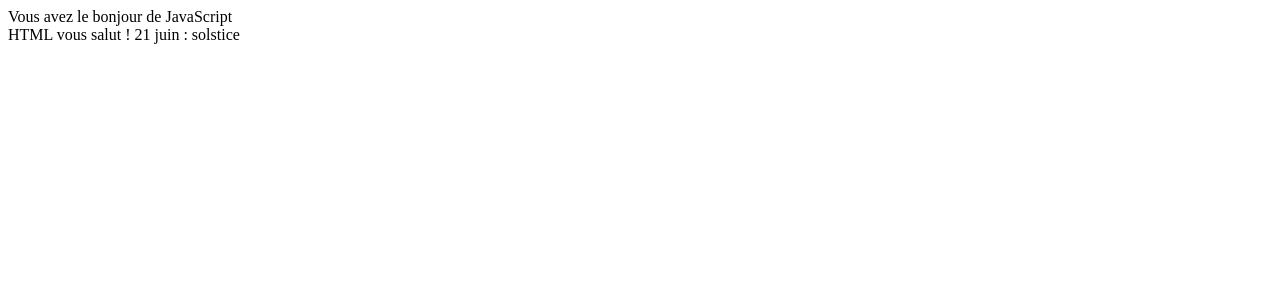
Repository: Youcode-team/C2N3_C3N3
Page: index2.html
An editor plug-in stored every save of this project. The page is shown before and after the next save, followed by the edit.
The browser window is 1280 px wide. The pictures show the whole page.

Above is the page before, as saved 2020-04-14 15:39:14.

After the next save:
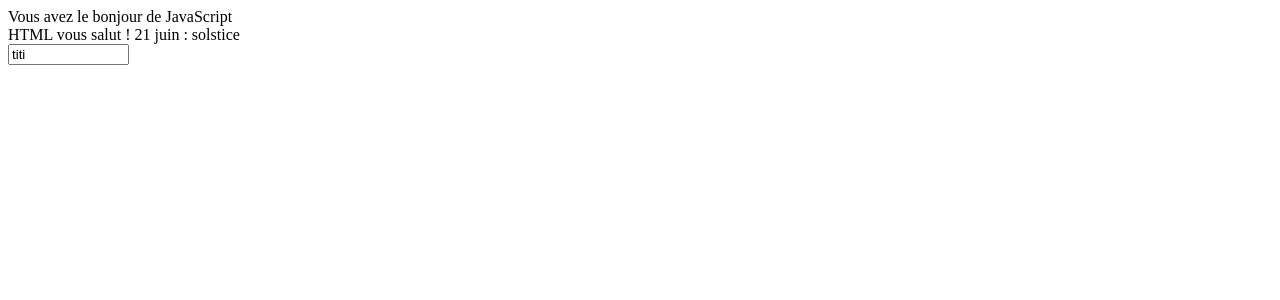
Saved 74 s later.
--- a/index2.html
+++ b/index2.html
@@ -30,4 +30,10 @@
     alert(2+2);
     alert('Pi='+3.14);
  </script>
+ <form name="affiche">
+    <input type="text" name="champ" size="12" value="">
+    </form>
+    <script language="JavaScript">
+    document.affiche.champ.value='titi';
+    </script>
 </html>
